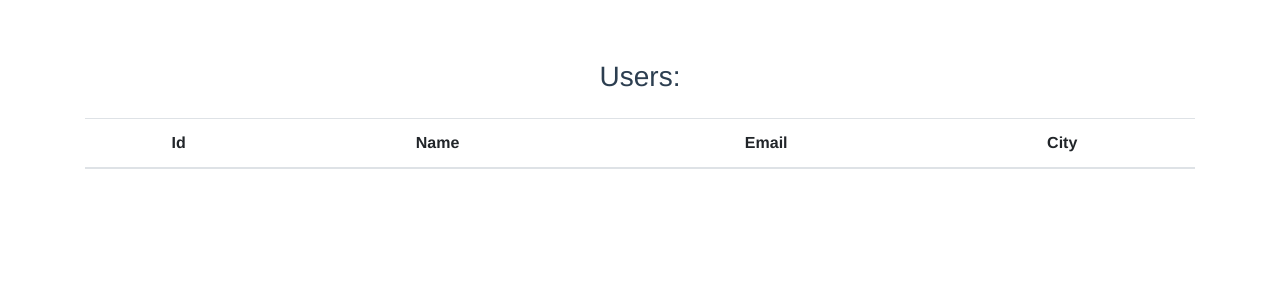
Repository: Robogeek95/rankapp
Page: /
An editor plug-in stored every save of this project. The page is shown before and after the next save, followed by the edit.
The browser window is 1280 px wide. The pictures show the whole page.
The page's requests for data from a server got no answer. The project was rebuilt for these pictures with package versions that can differ from the ones it lists, and the page was loaded fresh each time. No one was signed in, and anything a server would have sent is missing.

Above is the page before, as saved 2021-04-18 16:21:11.

### src/main.js
import Vue from 'vue'
import App from './App.vue'
import 'bootstrap/dist/css/bootstrap.css'

Vue.config.productionTip = false

new Vue({
  render: h => h(App),
}).$mount('#app')

### src/App.vue
<template>
  <div id="app">
    <Users />
  </div>
</template>

<script>

import Users from './components/Users.vue'

export default {
  name: "App",
  components: {
    Users
  }
};
</script>

<style>
#app {
  font-family: Avenir, Helvetica, Arial, sans-serif;
  -webkit-font-smoothing: antialiased;
  -moz-osx-font-smoothing: grayscale;
  text-align: center;
  color: #2c3e50;
  margin-top: 60px;
}
</style>

### src/components/Users.vue
<template>
  <div class="container">
    <div class="heading mb-4">
      <h3>Users:</h3>
    </div>
    <table class="table table-striped">
      <thead>
        <tr>
          <th scope="col">Id</th>
          <th scope="col">Name</th>
          <th scope="col">Email</th>
          <th scope="col">City</th>
        </tr>
      </thead>
      <tbody>
        <tr v-for="user in users" v-bind:key="user.id">
          <th scope="row">{{user.id}}</th>
          <td>{{user.name}}</td>
          <td>{{user.email}}</td>
          <td>{{user.address.city}}</td>
        </tr>
      </tbody>
    </table>
  </div>
</template>

<script>
import axios from "axios";

export default {
  name: "Users",
  data() {
    return {
      users: null
    };
  },
  created: function() {
    axios.get("https://jsonplaceholder.typicode.com/users").then(res => {
      this.users = res.data;
    });
  }
};
</script>

<style>
h3 {
  margin-bottom: 5%;
}
</style>

Loaded but not shown: public/index.html (common file)

After the next save:
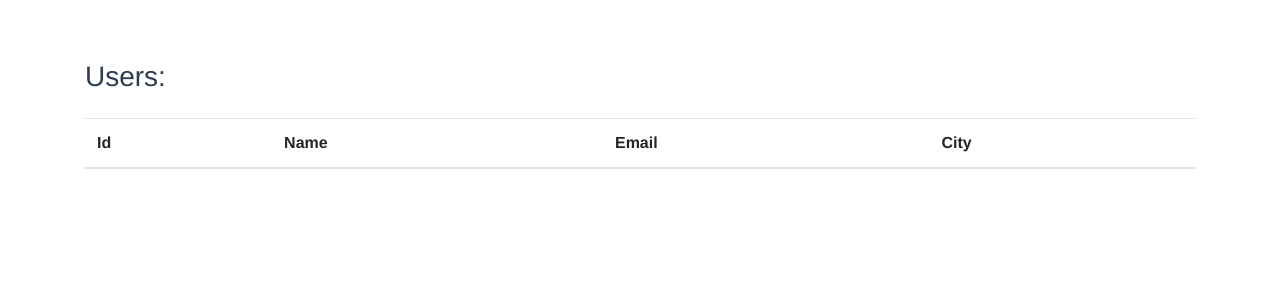
Saved 47 s later.
--- a/src/App.vue
+++ b/src/App.vue
@@ -21,7 +21,6 @@ export default {
   font-family: Avenir, Helvetica, Arial, sans-serif;
   -webkit-font-smoothing: antialiased;
   -moz-osx-font-smoothing: grayscale;
-  text-align: center;
   color: #2c3e50;
   margin-top: 60px;
 }
